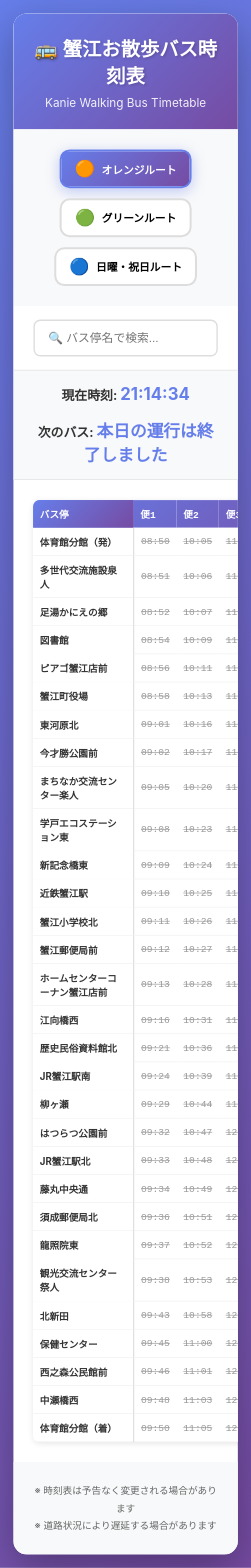
Repository: nagipan777/osanpobus-ver4
Page: index.html
The author's editor kept a copy of each file at every save. The page is drawn from the files as they stood at one save, then again after the next save.
The browser window is 375 px wide. The pictures show the whole page, at 67% of full size.

Above is the page before, as saved 2026-02-07 21:15:38.

### index.html
<!DOCTYPE html>
<html lang="ja">
<head>
    <meta charset="UTF-8">
    <meta name="viewport" content="width=device-width, initial-scale=1.0">
    <title>蟹江お散歩バス時刻表</title>
    <link rel="stylesheet" href="style.css">
</head>
<body>
    <div class="container">
        <header>
            <h1>🚌 蟹江お散歩バス時刻表</h1>
            <p class="subtitle">Kanie Walking Bus Timetable</p>
        </header>

        <div class="route-selector">
            <button class="route-btn active" data-route="orange">
                <span class="route-icon">🟠</span>
                オレンジルート
            </button>
            <button class="route-btn" data-route="green">
                <span class="route-icon">🟢</span>
                グリーンルート
            </button>
            <button class="route-btn" data-route="sunday">
                <span class="route-icon">🔵</span>
                日曜・祝日ルート
            </button>
        </div>

        <div class="search-container">
            <input type="text" id="stopSearch" placeholder="🔍 バス停名で検索...">
        </div>

        <div class="info-panel">
            <div class="current-time">
                現在時刻: <span id="currentTime"></span>
            </div>
            <div class="next-bus">
                次のバス: <span id="nextBus">--:--</span>
            </div>
        </div>

        <div id="timetableContainer" class="timetable-container">
            <!-- Timetable will be inserted here -->
        </div>

        <footer>
            <p>※ 時刻表は予告なく変更される場合があります</p>
            <p>※ 道路状況により遅延する場合があります</p>
        </footer>
    </div>

    <script src="app.js"></script>
</body>
</html>

### style.css
* {
    margin: 0;
    padding: 0;
    box-sizing: border-box;
}

body {
    font-family: -apple-system, BlinkMacSystemFont, 'Segoe UI', 'Hiragino Sans', 'Hiragino Kaku Gothic ProN', Meiryo, sans-serif;
    background: linear-gradient(135deg, #667eea 0%, #764ba2 100%);
    min-height: 100vh;
    padding: 20px;
    color: #333;
}

.container {
    max-width: 1200px;
    margin: 0 auto;
    background: white;
    border-radius: 20px;
    box-shadow: 0 20px 60px rgba(0, 0, 0, 0.3);
    overflow: hidden;
}

header {
    background: linear-gradient(135deg, #667eea 0%, #764ba2 100%);
    color: white;
    padding: 30px;
    text-align: center;
}

header h1 {
    font-size: 2.5em;
    margin-bottom: 10px;
    text-shadow: 2px 2px 4px rgba(0, 0, 0, 0.2);
}

.subtitle {
    font-size: 1.1em;
    opacity: 0.9;
}

.route-selector {
    display: flex;
    justify-content: center;
    gap: 15px;
    padding: 30px;
    background: #f8f9fa;
    flex-wrap: wrap;
}

.route-btn {
    padding: 15px 30px;
    border: 3px solid #ddd;
    background: white;
    border-radius: 15px;
    font-size: 1.1em;
    font-weight: bold;
    cursor: pointer;
    transition: all 0.3s ease;
    display: flex;
    align-items: center;
    gap: 10px;
}

.route-btn:hover {
    transform: translateY(-3px);
    box-shadow: 0 5px 15px rgba(0, 0, 0, 0.2);
}

.route-btn.active {
    border-color: #667eea;
    background: linear-gradient(135deg, #667eea 0%, #764ba2 100%);
    color: white;
    box-shadow: 0 5px 20px rgba(102, 126, 234, 0.4);
}

.route-icon {
    font-size: 1.5em;
}

.search-container {
    padding: 20px 30px;
    background: white;
}

#stopSearch {
    width: 100%;
    padding: 15px 20px;
    font-size: 1.1em;
    border: 2px solid #ddd;
    border-radius: 10px;
    transition: all 0.3s ease;
}

#stopSearch:focus {
    outline: none;
    border-color: #667eea;
    box-shadow: 0 0 0 3px rgba(102, 126, 234, 0.1);
}

.info-panel {
    display: flex;
    justify-content: space-around;
    padding: 20px 30px;
    background: #f8f9fa;
    border-top: 1px solid #e0e0e0;
    border-bottom: 1px solid #e0e0e0;
    flex-wrap: wrap;
    gap: 20px;
}

.current-time, .next-bus {
    font-size: 1.2em;
    font-weight: bold;
}

.current-time span, .next-bus span {
    color: #667eea;
    font-size: 1.3em;
}

.timetable-container {
    padding: 30px;
    overflow-x: auto;
}

.timetable {
    width: 100%;
    border-collapse: collapse;
    background: white;
    box-shadow: 0 2px 10px rgba(0, 0, 0, 0.1);
    border-radius: 10px;
    overflow: hidden;
}

.timetable thead {
    background: linear-gradient(135deg, #667eea 0%, #764ba2 100%);
    color: white;
}

.timetable th {
    padding: 15px;
    text-align: left;
    font-weight: bold;
    font-size: 1.1em;
}

.timetable th:first-child {
    position: sticky;
    left: 0;
    background: linear-gradient(135deg, #667eea 0%, #764ba2 100%);
    z-index: 10;
}

.timetable td {
    padding: 12px 15px;
    border-bottom: 1px solid #f0f0f0;
}

.timetable td:first-child {
    position: sticky;
    left: 0;
    background: white;
    font-weight: bold;
    border-right: 2px solid #e0e0e0;
    z-index: 5;
}

.timetable tbody tr:hover {
    background: #f8f9fa;
}

.timetable tbody tr:hover td:first-child {
    background: #f8f9fa;
}

.time-cell {
    text-align: center;
    font-family: 'Courier New', monospace;
    font-size: 1.05em;
}

.time-cell.next-bus {
    background: #fff3cd;
    font-weight: bold;
    color: #856404;
}

.time-cell.passed {
    color: #999;
    text-decoration: line-through;
}

.stop-name {
    min-width: 200px;
}

.hidden {
    display: none;
}

footer {
    padding: 30px;
    text-align: center;
    background: #f8f9fa;
    color: #666;
    font-size: 0.9em;
    line-height: 1.8;
}

/* Responsive design */
@media (max-width: 768px) {
    header h1 {
        font-size: 1.8em;
    }

    .route-btn {
        padding: 12px 20px;
        font-size: 1em;
    }

    .info-panel {
        flex-direction: column;
        text-align: center;
    }

    .timetable th, .timetable td {
        padding: 10px;
        font-size: 0.9em;
    }

    .stop-name {
        min-width: 150px;
    }
}

/* Loading animation */
.loading {
    text-align: center;
    padding: 50px;
    font-size: 1.2em;
    color: #667eea;
}

.loading::after {
    content: '...';
    animation: dots 1.5s steps(4, end) infinite;
}

@keyframes dots {
    0%, 20% { content: '.'; }
    40% { content: '..'; }
    60%, 100% { content: '...'; }
}

### app.js
// Global variables
let timetableData = null;
let currentRoute = 'orange';
let currentTimeInterval = null;

// Load timetable data
async function loadTimetableData() {
    try {
        const response = await fetch('timetable_data.json');
        timetableData = await response.json();
        displayTimetable(currentRoute);
        startClock();
    } catch (error) {
        console.error('Error loading timetable data:', error);
        document.getElementById('timetableContainer').innerHTML =
            '<div class="loading">データの読み込みに失敗しました</div>';
    }
}

// Display timetable for selected route
function displayTimetable(route) {
    const container = document.getElementById('timetableContainer');

    if (!timetableData || !timetableData[route]) {
        container.innerHTML = '<div class="loading">データがありません</div>';
        return;
    }

    const routeData = timetableData[route];
    const busNumbers = routeData.bus_numbers;
    const stops = routeData.stops;

    // Create table
    let html = '<table class="timetable">';

    // Header
    html += '<thead><tr>';
    html += '<th class="stop-name">バス停</th>';
    busNumbers.forEach((busNum, index) => {
        html += `<th class="time-cell">便${index + 1}</th>`;
    });
    html += '</tr></thead>';

    // Body
    html += '<tbody>';
    stops.forEach(stop => {
        html += `<tr data-stop="${stop.name}">`;
        html += `<td class="stop-name">${stop.name}</td>`;
        stop.times.forEach(time => {
            const timeClass = getTimeClass(time);
            html += `<td class="time-cell ${timeClass}">${formatTime(time)}</td>`;
        });
        html += '</tr>';
    });
    html += '</tbody></table>';

    container.innerHTML = html;
    updateNextBus();
}

// Format time string
function formatTime(timeStr) {
    if (!timeStr || timeStr === '--') return '--';
    // Extract HH:MM from HH:MM:SS
    return timeStr.substring(0, 5);
}

// Get time class based on current time
function getTimeClass(timeStr) {
    if (!timeStr || timeStr === '--') return '';

    const now = new Date();
    const currentMinutes = now.getHours() * 60 + now.getMinutes();

    const [hours, minutes] = timeStr.split(':').map(Number);
    const busMinutes = hours * 60 + minutes;

    if (busMinutes < currentMinutes) {
        return 'passed';
    }

    return '';
}

// Update current time display
function updateCurrentTime() {
    const now = new Date();
    const timeStr = now.toLocaleTimeString('ja-JP', {
        hour: '2-digit',
        minute: '2-digit',
        second: '2-digit'
    });
    document.getElementById('currentTime').textContent = timeStr;
}

// Find and display next bus
function updateNextBus() {
    if (!timetableData || !timetableData[currentRoute]) return;

    const now = new Date();
    const currentMinutes = now.getHours() * 60 + now.getMinutes();

    const routeData = timetableData[currentRoute];
    let nextBusTime = null;
    let minDiff = Infinity;

    // Check all stops and all times
    routeData.stops.forEach(stop => {
        stop.times.forEach(time => {
            if (!time || time === '--') return;

            const [hours, minutes] = time.split(':').map(Number);
            const busMinutes = hours * 60 + minutes;
            const diff = busMinutes - currentMinutes;

            if (diff > 0 && diff < minDiff) {
                minDiff = diff;
                nextBusTime = formatTime(time);
            }
        });
    });

    const nextBusElement = document.getElementById('nextBus');
    if (nextBusTime) {
        nextBusElement.textContent = `${nextBusTime} (${minDiff}分後)`;
    } else {
        nextBusElement.textContent = '本日の運行は終了しました';
    }
}

// Start clock
function startClock() {
    updateCurrentTime();
    updateNextBus();

    if (currentTimeInterval) {
        clearInterval(currentTimeInterval);
    }

    currentTimeInterval = setInterval(() => {
        updateCurrentTime();
        updateNextBus();
        // Refresh timetable display to update passed times
        displayTimetable(currentRoute);
    }, 1000);
}

// Route button click handler
function setupRouteButtons() {
    const routeButtons = document.querySelectorAll('.route-btn');

    routeButtons.forEach(button => {
        button.addEventListener('click', () => {
            // Remove active class from all buttons
            routeButtons.forEach(btn => btn.classList.remove('active'));

            // Add active class to clicked button
            button.classList.add('active');

            // Update current route
            currentRoute = button.dataset.route;

            // Display new timetable
            displayTimetable(currentRoute);

            // Clear search
            document.getElementById('stopSearch').value = '';
        });
    });
}

// Search functionality
function setupSearch() {
    const searchInput = document.getElementById('stopSearch');

    searchInput.addEventListener('input', (e) => {
        const searchTerm = e.target.value.toLowerCase();
        const rows = document.querySelectorAll('.timetable tbody tr');

        rows.forEach(row => {
            const stopName = row.dataset.stop.toLowerCase();
            if (stopName.includes(searchTerm)) {
                row.style.display = '';
            } else {
                row.style.display = 'none';
            }
        });
    });
}

// Initialize app
document.addEventListener('DOMContentLoaded', () => {
    setupRouteButtons();
    setupSearch();
    loadTimetableData();
});

// Cleanup on page unload
window.addEventListener('beforeunload', () => {
    if (currentTimeInterval) {
        clearInterval(currentTimeInterval);
    }
});

Loaded but not shown: timetable_data.json (1058 lines, source omitted)

After the next save:
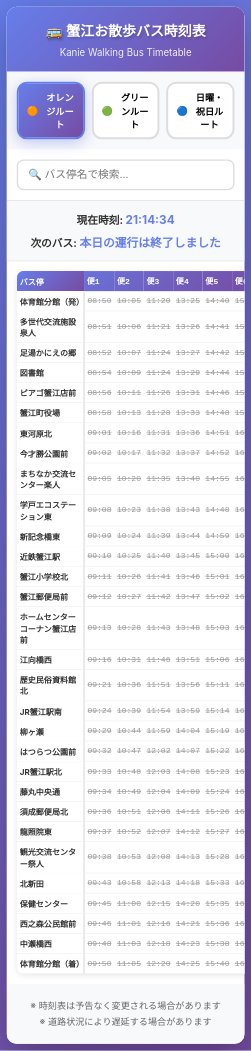
Saved 4 min 10 s later.
--- a/style.css
+++ b/style.css
@@ -210,27 +210,119 @@ footer {
 
 /* Responsive design */
 @media (max-width: 768px) {
+    body {
+        padding: 10px;
+    }
+
+    .container {
+        border-radius: 15px;
+    }
+
+    header {
+        padding: 20px 15px;
+    }
+
     header h1 {
-        font-size: 1.8em;
+        font-size: 1.5em;
+    }
+
+    .subtitle {
+        font-size: 0.9em;
+    }
+
+    .route-selector {
+        padding: 15px;
+        gap: 10px;
     }
 
     .route-btn {
-        padding: 12px 20px;
+        padding: 12px 15px;
+        font-size: 0.95em;
+        flex: 1;
+        min-width: 140px;
+        justify-content: center;
+    }
+
+    .route-icon {
+        font-size: 1.2em;
+    }
+
+    .search-container {
+        padding: 15px;
+    }
+
+    #stopSearch {
+        padding: 12px 15px;
         font-size: 1em;
     }
 
     .info-panel {
         flex-direction: column;
         text-align: center;
+        padding: 15px;
+        gap: 10px;
+    }
+
+    .current-time, .next-bus {
+        font-size: 1em;
+    }
+
+    .current-time span, .next-bus span {
+        font-size: 1.1em;
+    }
+
+    .timetable-container {
+        padding: 15px;
     }
 
     .timetable th, .timetable td {
-        padding: 10px;
+        padding: 8px 6px;
+        font-size: 0.85em;
+    }
+
+    .stop-name {
+        min-width: 120px;
+        font-size: 0.85em;
+    }
+
+    .time-cell {
         font-size: 0.9em;
     }
 
+    footer {
+        padding: 20px 15px;
+        font-size: 0.85em;
+    }
+}
+
+/* Extra small devices */
+@media (max-width: 480px) {
+    header h1 {
+        font-size: 1.3em;
+    }
+
+    .route-btn {
+        padding: 10px 12px;
+        font-size: 0.85em;
+        min-width: 100px;
+    }
+
+    .route-icon {
+        font-size: 1em;
+    }
+
+    .timetable th, .timetable td {
+        padding: 6px 4px;
+        font-size: 0.75em;
+    }
+
     .stop-name {
-        min-width: 150px;
+        min-width: 100px;
+        font-size: 0.75em;
+    }
+
+    .time-cell {
+        font-size: 0.8em;
     }
 }
 
